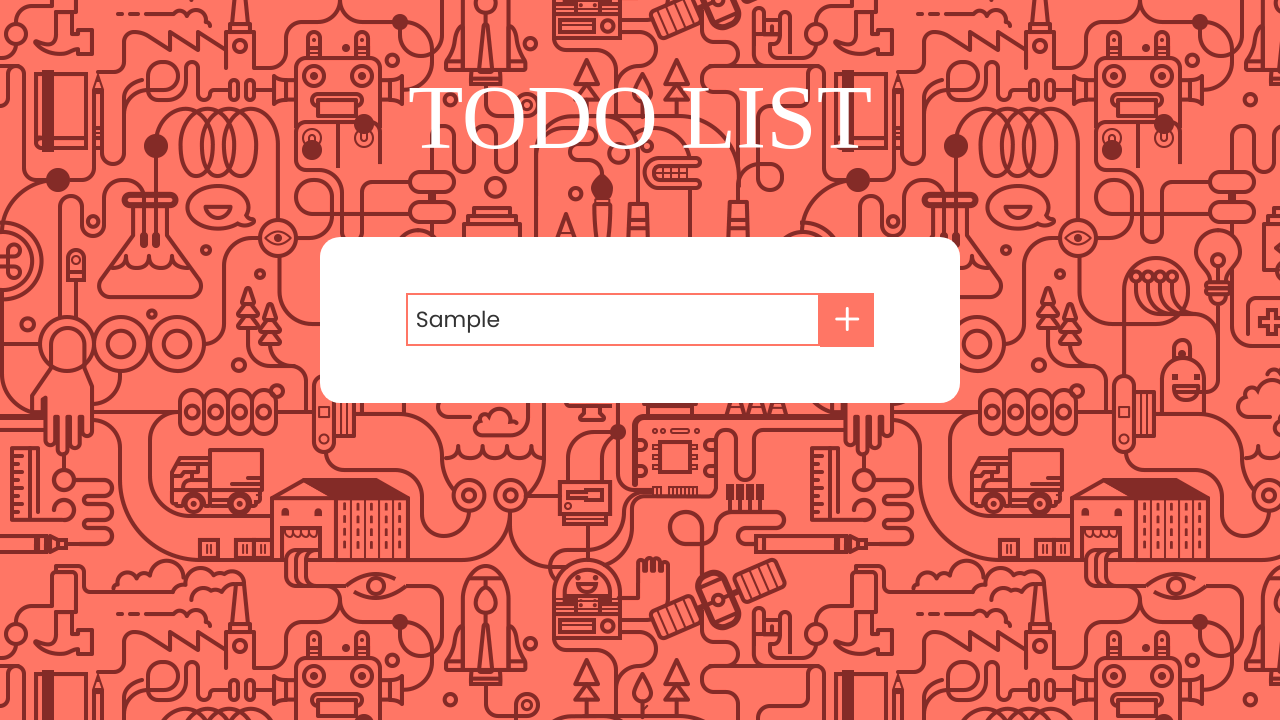
Repository: zum281/todo-list
Page: index.html
These files come from the project's save history. The page is drawn as it stood at one moment and after the next save; the edit follows.
The browser window is 1280 px wide. The pictures show the whole page.
Empty fields were first filled with sample values (such as "Sample", 5 or name@example.com).
After loading, the first visible `#add-todo-btn` was clicked once.
Some web fonts or font styles are not loaded; a fallback is used. Some web libraries are served in a nearby version. The style sheet was rebuilt from its Sass, Less or Tailwind sources for each picture, by a compiler version that may differ from the author's.

Above is the page before, as saved 2021-03-05 17:18:03.

### index.html
<!DOCTYPE html>
<html lang="en">

    <head>
        <meta charset="UTF-8">
        <meta http-equiv="X-UA-Compatible" content="IE=edge">
        <meta name="viewport" content="width=device-width, initial-scale=1.0">

        <!-- Bootstrap CSS -->
        <link href="https://cdn.jsdelivr.net/npm/bootstrap@5.0.0-beta2/dist/css/bootstrap.min.css" rel="stylesheet"
            integrity="sha384-BmbxuPwQa2lc/FVzBcNJ7UAyJxM6wuqIj61tLrc4wSX0szH/Ev+nYRRuWlolflfl" crossorigin="anonymous">
        <!-- Option 1: Bootstrap Bundle with Popper -->
        <script src="https://cdn.jsdelivr.net/npm/bootstrap@5.0.0-beta2/dist/js/bootstrap.bundle.min.js"
            integrity="sha384-b5kHyXgcpbZJO/tY9Ul7kGkf1S0CWuKcCD38l8YkeH8z8QjE0GmW1gYU5S9FOnJ0" crossorigin="anonymous">
        </script>
        <link rel="stylesheet" href="https://cdn.jsdelivr.net/npm/bootstrap-icons@1.4.0/font/bootstrap-icons.css">
        <!--Jquery-->
        <script src="https://code.jquery.com/jquery-3.6.0.min.js"
            integrity="sha256-/xUj+3OJU5yExlq6GSYGSHk7tPXikynS7ogEvDej/m4=" crossorigin="anonymous"></script>

        <link rel="stylesheet" href="css/main.css">
        <title>Todo List</title>
    </head>

    <body>
        <h1 class="title">TODO LIST</h1>
        <div class="container main">
            <div class="add-todo-box">
                <input type="text" name="add-todo" id="add-todo">
                <div class="icon" id="add-todo-btn"><i class="bi bi-plus"></i></div>
            </div>
            <div class="todo-list-container">
                <ul class="todo-list">
                    <!--
                    <li class="todo-item"><span class="todo-text">text</span>
                        <div class="icons">
                            <div class="icon"><i class="bi bi-check"></i></div>
                            <div class="icon"><i class="bi bi-x"></i></div>
                        </div>
                    </li>
                -->
                </ul>
            </div>
        </div>
        <script src="js/main.js"></script>
    </body>

</html>

### js/main.js
const add_todo_btn = $("#add-todo-btn");
const add_todo_input = $("#add-todo");
const todo_list_container = $(".todo-list-container");
let todos = [];

$(document).ready(function () {
    add_todo_btn.click(() => {
        let new_todo = add_todo_input.val();
        todos.push(new_todo);

        alert(todos);
    });
});

### sass/main.scss
@import url("https://fonts.googleapis.com/css2?family=Poppins:wght@300;400;500;600;700&display=swap");
@import url("https://fonts.googleapis.com/css2?family=Chelsea+Market&display=swap");

* {
    margin: 0;
    padding: 0;
    box-sizing: border-box;
}

body {
    font-weight: 300;
    font-family: "Poppins";
    background: url("/assets/science.png");

    background-repeat: repeat;
    color: #333333;
}

.title {
    font-family: "Chelsea Market";
    text-align: center;
    font-size: 68pt;
    color: #fff;
    margin: 4rem auto;
}

.main {
    min-width: 300px;
    display: flex;
    flex-direction: column;
    align-items: center;
    justify-content: space-between;
    margin-top: 1rem;
    padding: 2.5rem 1.5rem;
    max-width: 50%;
    border-radius: 20px;
    background-color: #fff;

    .add-todo-box {
        width: 100%;
        display: flex;
        align-items: center;
        justify-content: center;

        input {
            width: 70%;
            border: none;
            border: 2px solid #ff7665;
            line-height: 1;
            padding: 0.5rem;
            font-size: 16px;
            color: #333333;
            &:focus {
                outline: none;
            }
        }
        .icon {
            background-color: #ff7665;
            display: grid;
            place-items: center;
            width: 45px;
            height: 45px;
            color: #fff;
            cursor: pointer;

            i {
                font-size: 45px;
                line-height: 1;
            }
        }
    }
    .todo-list-container {
        display: none;
        padding: 1rem;
        width: 100%;

        ul {
            padding-left: 0.5rem;

            .todo-item {
                display: flex;
                align-items: center;
                justify-content: space-between;
                font-size: 18px;
                .icons {
                    display: flex;
                    .icon {
                        display: grid;
                        place-items: center;
                        width: 28px;
                        height: 28px;
                        i {
                            font-size: 24px;
                            line-height: 1;
                        }
                    }
                }
            }
        }
    }
}

@media screen and (min-width: 767px) {
    .main {
        min-width: 600px;
        padding: 3.5rem 1.5rem;

        .add-todo-box {
            input {
                font-size: 22px;
            }
            .icon {
                width: 54px;
                height: 54px;

                i {
                    font-size: 48px;
                }
            }
        }
        .todo-list-container {
            padding: 2.5rem;

            ul {
                padding-left: 1rem;
            }
        }
    }
}

After the next save:
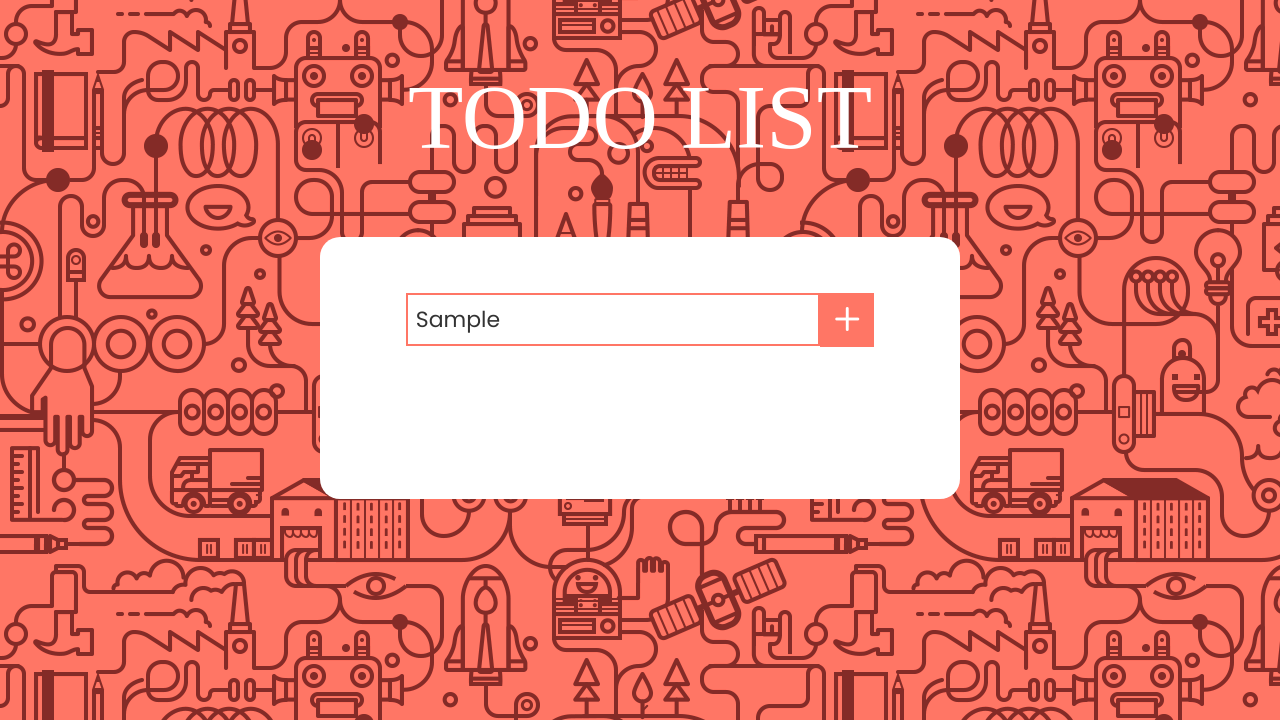
Saved 7 s later.
--- a/js/main.js
+++ b/js/main.js
@@ -8,6 +8,7 @@ $(document).ready(function () {
         let new_todo = add_todo_input.val();
         todos.push(new_todo);
 
+        todo_list_container.show();
         alert(todos);
     });
 });
